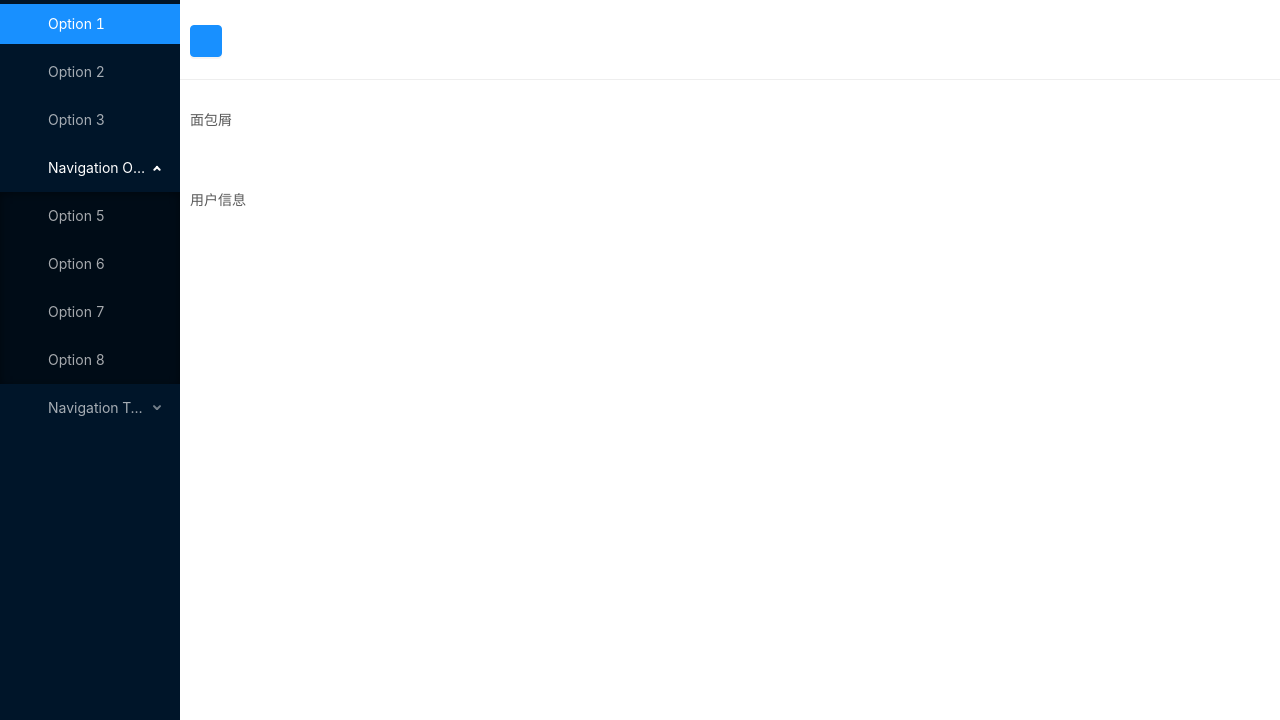
Repository: Ysleave/mall-app
Page: /
The author's editor kept a copy of each file at every save. The page is drawn from the files as they stood at one save, then again after the next save.
The browser window is 1280 px wide. The pictures show the whole page.
The project was rebuilt for these pictures with package versions that can differ from the ones it lists, and the page was loaded fresh each time.

Above is the page before, as saved 2021-01-15 21:44:14.

### public/index.html
<!DOCTYPE html>
<html lang="en">
  <head>
    <meta charset="utf-8">
    <meta http-equiv="X-UA-Compatible" content="IE=edge">
    <meta name="viewport" content="width=device-width,initial-scale=1.0">
    <link rel="icon" href="<%= BASE_URL %>favicon.ico">
    <title>student</title>
  </head>
  <body>
    <noscript>
      <strong>We're sorry but student doesn't work properly without JavaScript enabled. Please enable it to continue.</strong>
    </noscript>
    <div id="app"></div>
    <!-- built files will be auto injected -->
  </body>
</html>

### src/main.js
import Vue from 'vue'
import Antd from 'ant-design-vue';
import App from './App.vue'
import router from './router'
import store from './store'
import 'ant-design-vue/dist/antd.css';
import './assets/css/reset.css'

Vue.config.productionTip = false
Vue.use(Antd);

new Vue({
  router,
  store,
  render: h => h(App)
}).$mount('#app')

### src/App.vue
<template>
  <div id="app" class="wrapper">
    <home/>
  </div>
</template>
<script>
import home from '@/views/home'
export default {
  components:{
    home
  },
}
</script>

### src/router.js
import Vue from 'vue'
import Router from 'vue-router'

Vue.use(Router)

export default new Router({
  mode: 'history',
  routes:[

  ],
  linkActiveClass:'active'
})

### src/store.js
import Vue from 'vue'
import Vuex from 'vuex'


Vue.use(Vuex)

export default new Vuex.Store({
  state: {
    collapsed:false
  },
  mutations: {
     changeCollapsed(state){
       state.collapsed = !state.collapsed
     }
  },
  actions: {
    changeCollapsed({commit}){
      commit("changeCollapsed")
    }
  }
})

### src/assets/css/reset.css
body, h1, h2, h3, h4, h5, h6, hr, p, blockquote, dl, dt, dd, ul, ol, li, pre, form, fieldset, legend, button, input, textarea, th, td { margin:0; padding:0; }
body, button, input, select, textarea { font:12px/1.5tahoma, arial, \5b8b\4f53; }
h1, h2, h3, h4, h5, h6{ font-size:100%; }
address, cite, dfn, em, var { font-style:normal; }
code, kbd, pre, samp { font-family:couriernew, courier, monospace; }
small{ font-size:12px; }
ul, ol { list-style:none; }
a { text-decoration:none; }
a:hover { text-decoration:underline; }
sup { vertical-align:text-top; }
sub{ vertical-align:text-bottom; }
legend { color:#000; }
fieldset, img { border:0; }
button, input, select, textarea { font-size:100%; }
table { border-collapse:collapse; border-spacing:0; }

### src/views/home.vue
<!-- 页面根组件 -->
<template>
  <div class="home">
    <div class="leftmenuWrapper">
      <leftMenu></leftMenu>
    </div>
    <mainContent />
  </div>
</template>

<script>
import leftMenu from "@/views/leftMenu";
import mainContent from "@/views/mainContent";
export default {
  components: {
    leftMenu,
    mainContent,
  },
  data() {
    return {};
  },
  computed: {},
  methods: {},
  //生命周期 - 创建完成（可以访问当前this实例）
  created() {},
  //生命周期 - 挂载完成（可以访问DOM元素）
  mounted() {},
};
</script>
<style lang="less">
// @import url("~@/assets/css/home.less"); //引入公共css类
.home {
  .leftmenuWrapper {
    .menu-list {
      width: 180px;
      position: fixed;
      height: 100%;
      .ant-menu {
        height: 100%;
      }
    }
  }
  .mainContentWrapper {
    margin-left: 180px;
    transition: all 0.3s;
    &.menu-unfold {
      margin-left: 80px;
    }
    .headWrapper{
        height: 80px;
        line-height: 80px;
        padding-left: 10px;
        border-bottom: 1px solid #eee;
    }
  }
}
</style>

### src/views/leftMenu.vue
<template>
    <div class="menu-list">
      <a-menu
        :default-selected-keys="['1']"
        :default-open-keys="['sub1']"
        mode="inline"
        theme="dark"
        :inline-collapsed="$store.state.collapsed"
      >
        <a-menu-item key="1">
          <a-icon type="pie-chart" />
          <span>Option 1</span>
        </a-menu-item>
        <a-menu-item key="2">
          <a-icon type="desktop" />
          <span>Option 2</span>
        </a-menu-item>
        <a-menu-item key="3">
          <a-icon type="inbox" />
          <span>Option 3</span>
        </a-menu-item>
        <a-sub-menu key="sub1">
          <span slot="title"
            ><a-icon type="mail" /><span>Navigation One</span></span
          >
          <a-menu-item key="5">
            Option 5
          </a-menu-item>
          <a-menu-item key="6">
            Option 6
          </a-menu-item>
          <a-menu-item key="7">
            Option 7
          </a-menu-item>
          <a-menu-item key="8">
            Option 8
          </a-menu-item>
        </a-sub-menu>
        <a-sub-menu key="sub2">
          <span slot="title"
            ><a-icon type="appstore" /><span>Navigation Two</span></span
          >
          <a-menu-item key="9">
            Option 9
          </a-menu-item>
          <a-menu-item key="10">
            Option 10
          </a-menu-item>
          <a-sub-menu key="sub3" title="Submenu">
            <a-menu-item key="11">
              Option 11
            </a-menu-item>
            <a-menu-item key="12">
              Option 12
            </a-menu-item>
          </a-sub-menu>
        </a-sub-menu>
      </a-menu>
    </div>
</template>

<script>
export default {
  data() {
    return {
      collapsed: false,
    };
  },
};
</script>
<style></style>

### src/views/mainContent.vue
<!--  -->
<template>
  <div :class="{ mainContentWrapper: true, 'menu-unfold': $store.state.collapsed }" >
    <div class="headWrapper">
      <a-button
        type="primary"
        style="margin-bottom: 16px"
        @click="toggleCollapsed"
      >
        <a-icon :type="$store.state.collapsed ? 'menu-unfold' : 'menu-fold'" />
      </a-button>
      <div class="breadcrumb">
        面包屑
      </div>
      <div class="userInfo">
        用户信息
      </div>
    </div>
  </div>
</template>

<script>
export default {
  components: {},
  methods: {
    toggleCollapsed() {
      this.$store.dispatch("changeCollapsed");
    },
  },
  //生命周期 - 创建完成（可以访问当前this实例）
  created() {},
  //生命周期 - 挂载完成（可以访问DOM元素）
  mounted() {},
};
</script>
<style lang="less" scoped>
//@import url(); 引入公共css类
</style>

After the next save:
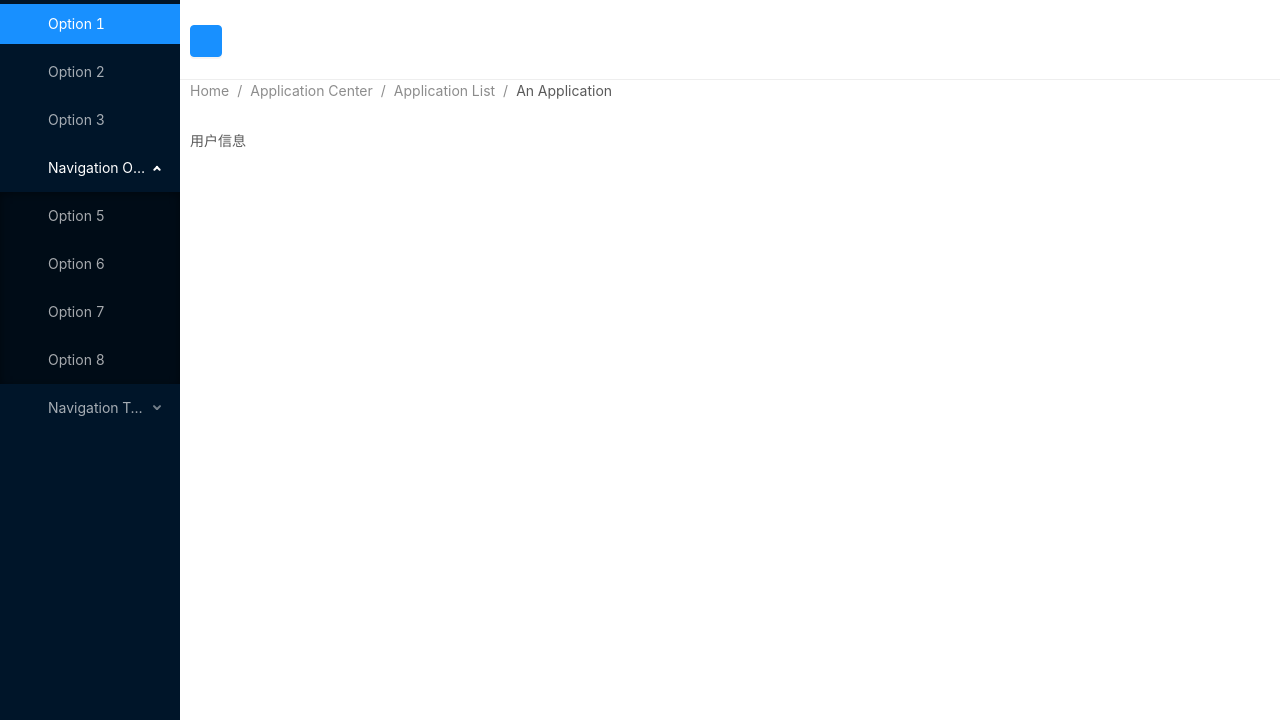
Saved 38 s later.
--- a/src/views/mainContent.vue
+++ b/src/views/mainContent.vue
@@ -1,6 +1,7 @@
 <!--  -->
 <template>
-  <div :class="{ mainContentWrapper: true, 'menu-unfold': $store.state.collapsed }" >
+  <div :class="{ mainContentWrapper: true, 'menu-unfold': $store.state.collapsed }"
+  >
     <div class="headWrapper">
       <a-button
         type="primary"
@@ -10,7 +11,18 @@
         <a-icon :type="$store.state.collapsed ? 'menu-unfold' : 'menu-fold'" />
       </a-button>
       <div class="breadcrumb">
-        面包屑
+        <template>
+          <a-breadcrumb>
+            <a-breadcrumb-item>Home</a-breadcrumb-item>
+            <a-breadcrumb-item
+              ><a href="">Application Center</a></a-breadcrumb-item
+            >
+            <a-breadcrumb-item
+              ><a href="">Application List</a></a-breadcrumb-item
+            >
+            <a-breadcrumb-item>An Application</a-breadcrumb-item>
+          </a-breadcrumb>
+        </template>
       </div>
       <div class="userInfo">
         用户信息
